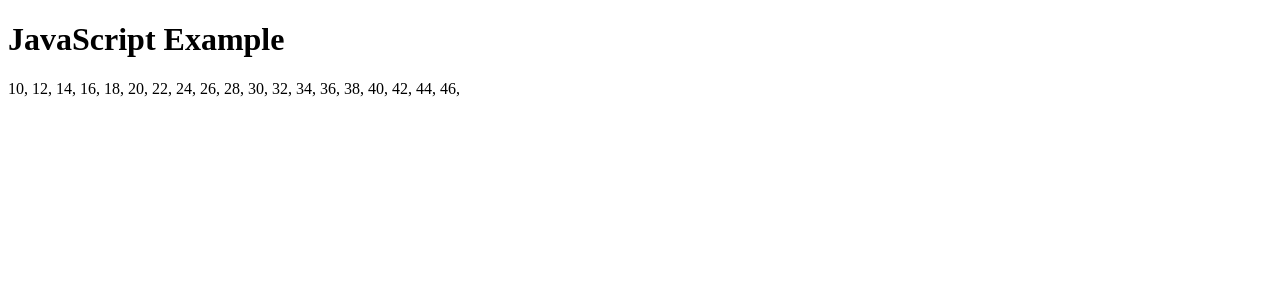
Repository: aaikinsm/FDM-Programs
Page: HTMLExample/WebContent/jsample.html
An editor plug-in stored every save of this project. The page is shown before and after the next save, followed by the edit.
The browser window is 1280 px wide. The pictures show the whole page.

Above is the page before, as saved 2017-05-17 14:01:20.

After the next save:
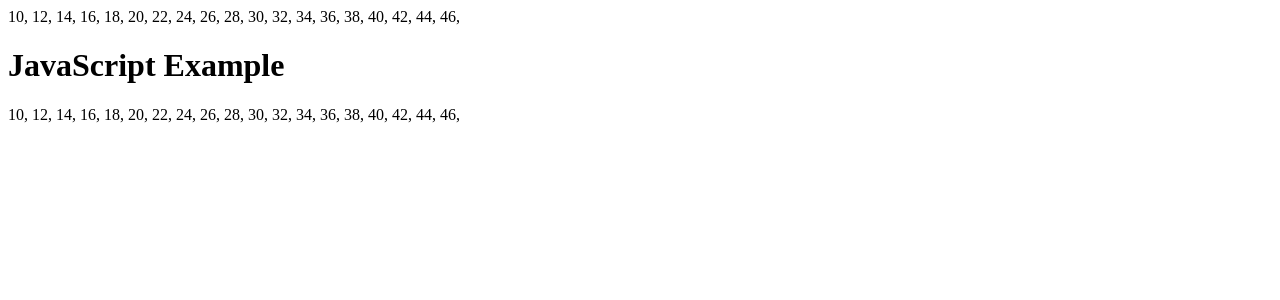
Saved 81 s later.
--- a/HTMLExample/WebContent/jsample.html
+++ b/HTMLExample/WebContent/jsample.html
@@ -3,19 +3,11 @@
 	<head>
 		<meta charset="UTF-8">
 		<title>JavaScript Example</title>
+		<script type="text/javascript" src="resources/js/myJavascript.js"></script>
 	</head>
 	<body>
 		<h1>JavaScript Example</h1>
 		<script type="text/javascript">
-			function printEvenNumbers(min,max){
-				var text = "";
-				for (i = min; i < max; i++) {
-					if(i%2 == 0){
-						text += i+", ";
-					}
-				}
-				document.write(text);
-			}
 			printEvenNumbers(10, 48);
 		</script>
 	</body>
